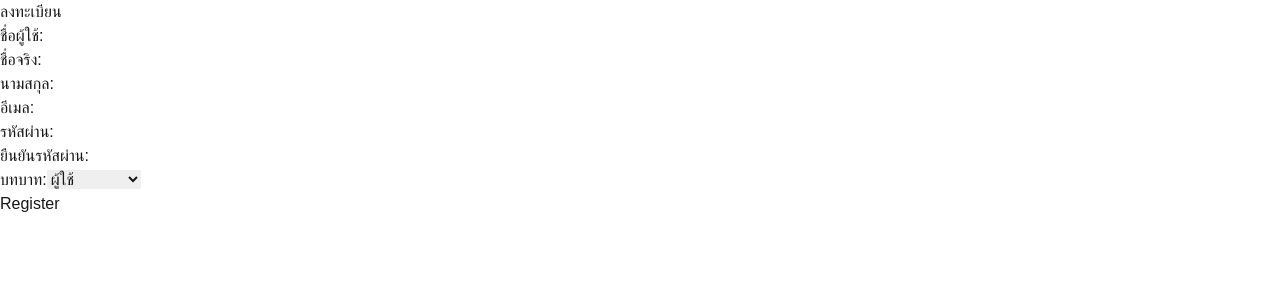
Repository: narawit101/project
Page: /register (app in frontend/)
An editor plug-in stored every save of this project. The page is shown before and after the next save, followed by the edit.
The browser window is 1280 px wide. The pictures show the whole page.
The project was rebuilt for these pictures with package versions that can differ from the ones it lists, and the page was loaded fresh each time. The framework's server and built-in components were replaced by stand-ins that run in the browser. Also part of the build but not shown: frontend/next.config.mjs.

Above is the page before, as saved 2025-01-21 16:29:39.

After the next save:
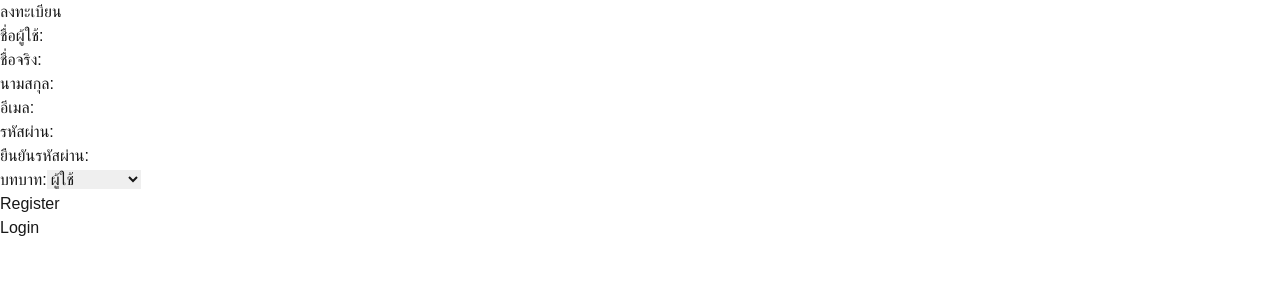
Saved 24 s later.
--- a/frontend/src/app/register/page.jsx
+++ b/frontend/src/app/register/page.jsx
@@ -3,6 +3,11 @@ import Register from '../components/Register'
 
 export default function page() {
   return (
+    <>
     <Register></Register>
+    <div>
+        <a href="/login">Login</a>
+      </div>
+    </>
   )
 }
